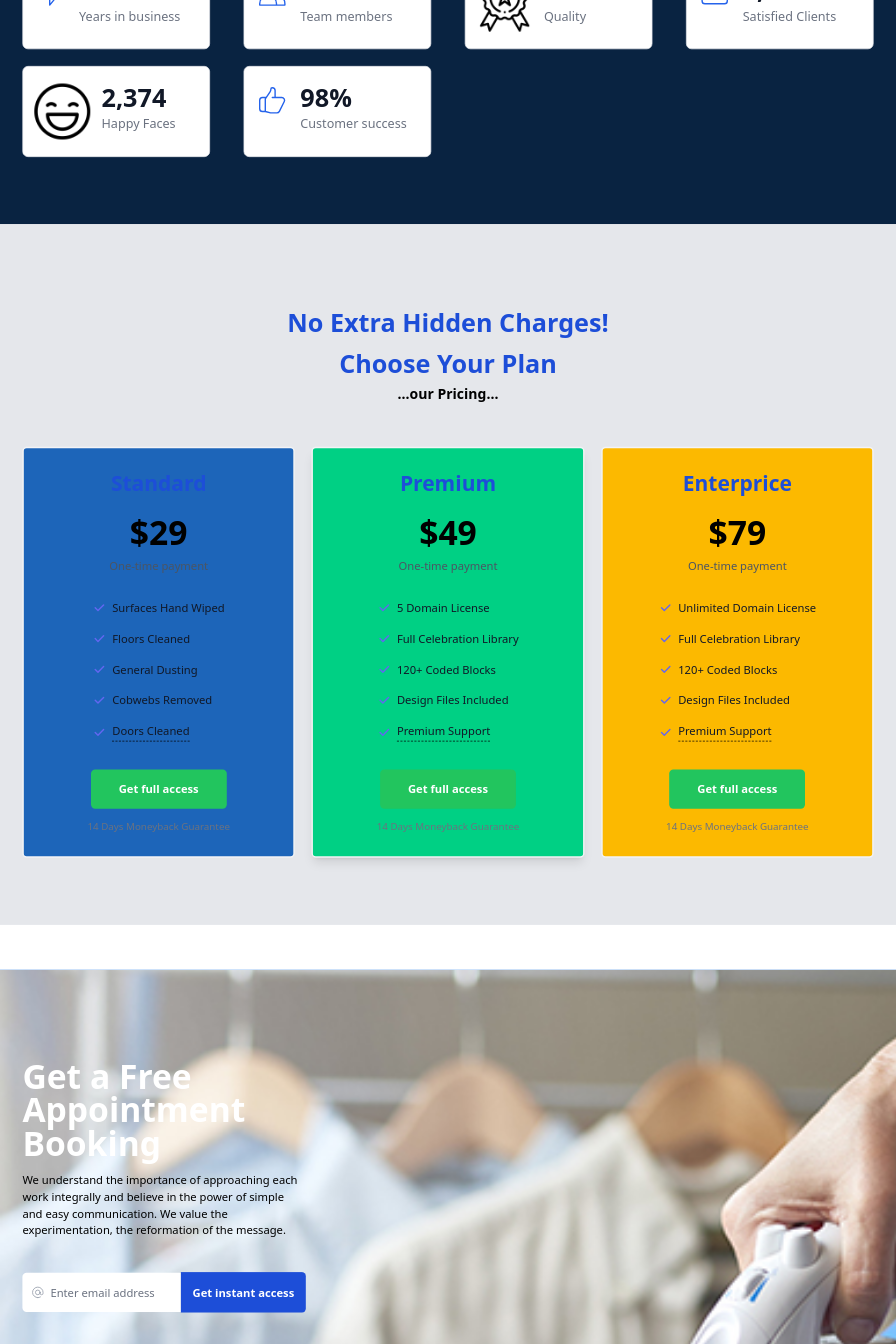
Repository: remydev47/cleonara
Page: /
The author's editor kept a copy of each file at every save. The page is drawn from the files as they stood at one save, then again after the next save.
The browser window is 1280 px wide. The pictures show the part of the page from y = 4006 to 5926 px (the page is 8641 px tall), at 70% of full size.
The project was rebuilt for these pictures with package versions that can differ from the ones it lists, and the page was loaded fresh each time. The framework's server and built-in components were replaced by stand-ins that run in the browser. Also part of the build but not shown: next.config.js.

Above is the page before, as saved 2022-11-11 11:13:21.

After the next save:
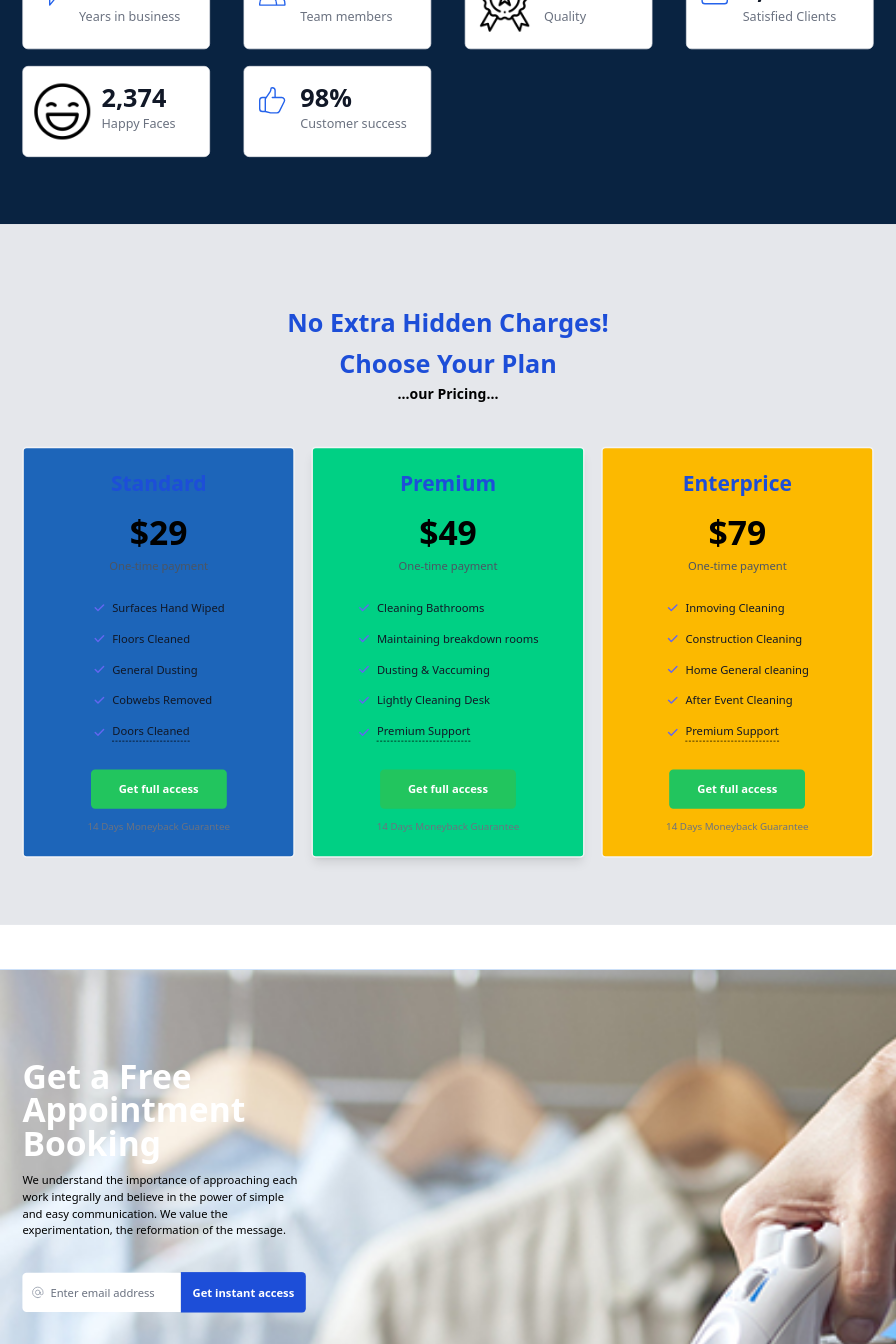
Saved 6 min 44 s later.
--- a/components/Pricing.tsx
+++ b/components/Pricing.tsx
@@ -75,28 +75,28 @@
                             <svg className="flex-shrink-0 w-5 h-5 text-indigo-500" xmlns="http://www.w3.org/2000/svg" viewBox="0 0 20 20" fill="currentColor">
                                 <path fill-rule="evenodd" d="M16.707 5.293a1 1 0 010 1.414l-8 8a1 1 0 01-1.414 0l-4-4a1 1 0 011.414-1.414L8 12.586l7.293-7.293a1 1 0 011.414 0z" clip-rule="evenodd" />
                             </svg>
-                            <span className="text-base font-medium text-gray-900"> 5 Domain License </span>
+                            <span className="text-base font-medium text-gray-900"> Cleaning Bathrooms </span>
                         </li>
 
                         <li className="inline-flex items-center space-x-2">
                             <svg className="flex-shrink-0 w-5 h-5 text-indigo-500" xmlns="http://www.w3.org/2000/svg" viewBox="0 0 20 20" fill="currentColor">
                                 <path fill-rule="evenodd" d="M16.707 5.293a1 1 0 010 1.414l-8 8a1 1 0 01-1.414 0l-4-4a1 1 0 011.414-1.414L8 12.586l7.293-7.293a1 1 0 011.414 0z" clip-rule="evenodd" />
                             </svg>
-                            <span className="text-base font-medium text-gray-900"> Full Celebration Library </span>
+                            <span className="text-base font-medium text-gray-900"> Maintaining breakdown rooms</span>
                         </li>
 
                         <li className="inline-flex items-center space-x-2">
                             <svg className="flex-shrink-0 w-5 h-5 text-indigo-500" xmlns="http://www.w3.org/2000/svg" viewBox="0 0 20 20" fill="currentColor">
                                 <path fill-rule="evenodd" d="M16.707 5.293a1 1 0 010 1.414l-8 8a1 1 0 01-1.414 0l-4-4a1 1 0 011.414-1.414L8 12.586l7.293-7.293a1 1 0 011.414 0z" clip-rule="evenodd" />
                             </svg>
-                            <span className="text-base font-medium text-gray-900"> 120+ Coded Blocks </span>
+                            <span className="text-base font-medium text-gray-900"> Dusting & Vaccuming </span>
                         </li>
 
                         <li className="inline-flex items-center space-x-2">
                             <svg className="flex-shrink-0 w-5 h-5 text-indigo-500" xmlns="http://www.w3.org/2000/svg" viewBox="0 0 20 20" fill="currentColor">
                                 <path fill-rule="evenodd" d="M16.707 5.293a1 1 0 010 1.414l-8 8a1 1 0 01-1.414 0l-4-4a1 1 0 011.414-1.414L8 12.586l7.293-7.293a1 1 0 011.414 0z" clip-rule="evenodd" />
                             </svg>
-                            <span className="text-base font-medium text-gray-900"> Design Files Included </span>
+                            <span className="text-base font-medium text-gray-900"> Lightly Cleaning Desk </span>
                         </li>
 
                         <li className="inline-flex items-center space-x-2">
@@ -124,28 +124,28 @@
                             <svg className="flex-shrink-0 w-5 h-5 text-indigo-500" xmlns="http://www.w3.org/2000/svg" viewBox="0 0 20 20" fill="currentColor">
                                 <path fill-rule="evenodd" d="M16.707 5.293a1 1 0 010 1.414l-8 8a1 1 0 01-1.414 0l-4-4a1 1 0 011.414-1.414L8 12.586l7.293-7.293a1 1 0 011.414 0z" clip-rule="evenodd" />
                             </svg>
-                            <span className="text-base font-medium text-gray-900"> Unlimited Domain License </span>
+                            <span className="text-base font-medium text-gray-900"> Inmoving Cleaning </span>
                         </li>
 
                         <li className="inline-flex items-center space-x-2">
                             <svg className="flex-shrink-0 w-5 h-5 text-indigo-500" xmlns="http://www.w3.org/2000/svg" viewBox="0 0 20 20" fill="currentColor">
                                 <path fill-rule="evenodd" d="M16.707 5.293a1 1 0 010 1.414l-8 8a1 1 0 01-1.414 0l-4-4a1 1 0 011.414-1.414L8 12.586l7.293-7.293a1 1 0 011.414 0z" clip-rule="evenodd" />
                             </svg>
-                            <span className="text-base font-medium text-gray-900"> Full Celebration Library </span>
+                            <span className="text-base font-medium text-gray-900"> Construction Cleaning </span>
                         </li>
 
                         <li className="inline-flex items-center space-x-2">
                             <svg className="flex-shrink-0 w-5 h-5 text-indigo-500" xmlns="http://www.w3.org/2000/svg" viewBox="0 0 20 20" fill="currentColor">
                                 <path fill-rule="evenodd" d="M16.707 5.293a1 1 0 010 1.414l-8 8a1 1 0 01-1.414 0l-4-4a1 1 0 011.414-1.414L8 12.586l7.293-7.293a1 1 0 011.414 0z" clip-rule="evenodd" />
                             </svg>
-                            <span className="text-base font-medium text-gray-900"> 120+ Coded Blocks </span>
+                            <span className="text-base font-medium text-gray-900"> Home General cleaning </span>
                         </li>
 
                         <li className="inline-flex items-center space-x-2">
                             <svg className="flex-shrink-0 w-5 h-5 text-indigo-500" xmlns="http://www.w3.org/2000/svg" viewBox="0 0 20 20" fill="currentColor">
                                 <path fill-rule="evenodd" d="M16.707 5.293a1 1 0 010 1.414l-8 8a1 1 0 01-1.414 0l-4-4a1 1 0 011.414-1.414L8 12.586l7.293-7.293a1 1 0 011.414 0z" clip-rule="evenodd" />
                             </svg>
-                            <span className="text-base font-medium text-gray-900"> Design Files Included </span>
+                            <span className="text-base font-medium text-gray-900"> After Event Cleaning </span>
                         </li>
 
                         <li className="inline-flex items-center space-x-2">
